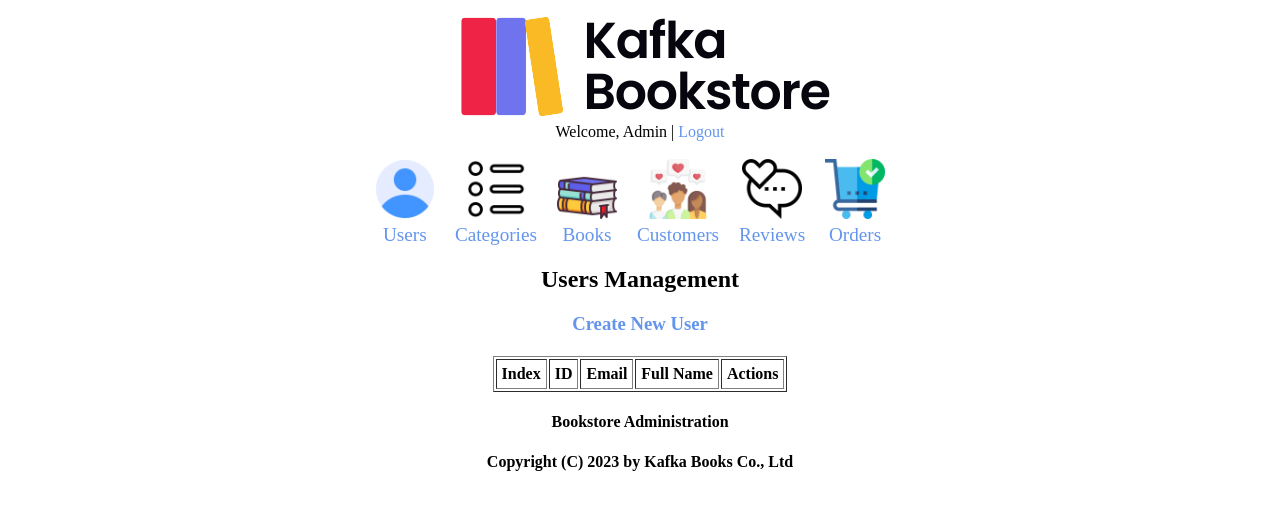
Repository: janvi2502/BookStore
Page: http://localhost/BookStoreWebsite/admin/user_list.jsp
The author's editor kept a copy of each file at every save. The page is drawn from the files as they stood at one save, then again after the next save.
The browser window is 1280 px wide. The pictures show the whole page.
The page is served by Tomcat 10. Nobody is signed in. The application's start-up code is not run. Other server files are loaded and not shown.

Above is the page before, as saved 2023-12-28 10:45:53.

### BookStoreWebsite/WebContent/admin/user_list.jsp
<%@ page language="java" contentType="text/html; charset=UTF-8"
	pageEncoding="UTF-8"%>
<%@ taglib prefix="c" uri="http://java.sun.com/jsp/jstl/core"%>
<!DOCTYPE html>
<html>
<head>
<meta charset="UTF-8">
<title>Manage Users - Kafka Bookstore Administration</title>
<link rel="stylesheet" href="../css/style.css">
</head>
<body>
	<jsp:directive.include file="header.jsp" />
	<div align="center">
		<h2>Users Management</h2>
		<h3>
			<a href="user_form.jsp">Create New User</a>
		</h3>
	</div>

	<div align="center">
		<h4><i>${message}</i></h4>
	</div>

	<div align="center">
		<table border="1" cellpadding="5">
			<tr>
				<th>Index</th>
				<th>ID</th>
				<th>Email</th>
				<th>Full Name</th>
				<th>Actions</th>
			</tr>
			<c:forEach var="user" items="${listUsers}" varStatus="status">
				<tr>
					<td>${status.index + 1}</td>
					<td>${user.userId}</td>
					<td>${user.email}</td>
					<td>${user.fullName}</td>
					<td>
						<a href="edit_user?id=${user.userId}">Edit</a>
						&nbsp;
						<a href="javascript:confirmDelete(${user.userId })">Delete</a>
					</td>
				</tr>
			</c:forEach>
		</table>
	</div>

	<jsp:directive.include file="footer.jsp" />
	<script>

		function confirmDelete(userId){
			if (confirm("Are you sure you want to delete user with ID "+ userId + "?")){
				window.location = "delete_user?id=" + userId;
			}
		}
	</script>
</body>
</html>

### BookStoreWebsite/WebContent/admin/header.jsp
<div align="center">
	<div>
		<img src="../images/Kafka2.png" />
	</div>

	<div>
		Welcome, Admin | <a href="logout">Logout</a> <br /> <br />
	</div>
	<div id="header_menu">
		<div>
			<a href="list_users">
				<img id = "menu_img" src="../images/user.png" /><br/> Users
			</a>
		</div>
		<div>
			<a href="list_category">
				<img id = "menu_img" src="../images/list.png" /> <br/> Categories
			</a>
		</div>
		<div>
			<a href="books">
				<img id = "menu_img" src="../images/book.png"/> <br/>Books
			</a>
		</div>
		<div>
			<a href="customer">
				<img id = "menu_img" src="../images/rating.png" /> <br/> Customers
			</a>
		</div>
		<div>
			<a href="reviews">
				<img id = "menu_img" src="../images/review.png" /> <br/>Reviews
			</a>
		</div>
		<div>
			<a href="orders">
				<img id = "menu_img" src="../images/order.png" /> <br/>Orders
			</a>
		</div>

	</div>
</div>

### BookStoreWebsite/WebContent/admin/footer.jsp
<div align="center">
	<h4>Bookstore Administration</h4>
	<h4>Copyright (C) 2023 by Kafka Books Co., Ltd</h4>
</div>

### BookStoreWebsite/WebContent/css/style.css
@charset "UTF-8";

#header_menu {
	display:table;
}

#header_menu div{
	display:table-cell;
	padding-right: 20px;
}

#menu_img{
	width: 60px;
}

a:link{
	color: cornflowerBlue;
	text-decoration: none;
}

a:visited{
	color: indigo;
}

a:hover{
	color: blue;
	text-decoration: underline;
}

a:active{
	color: red;
}

#header_menu a:link{
	font-size: larger;
}

After the next save:
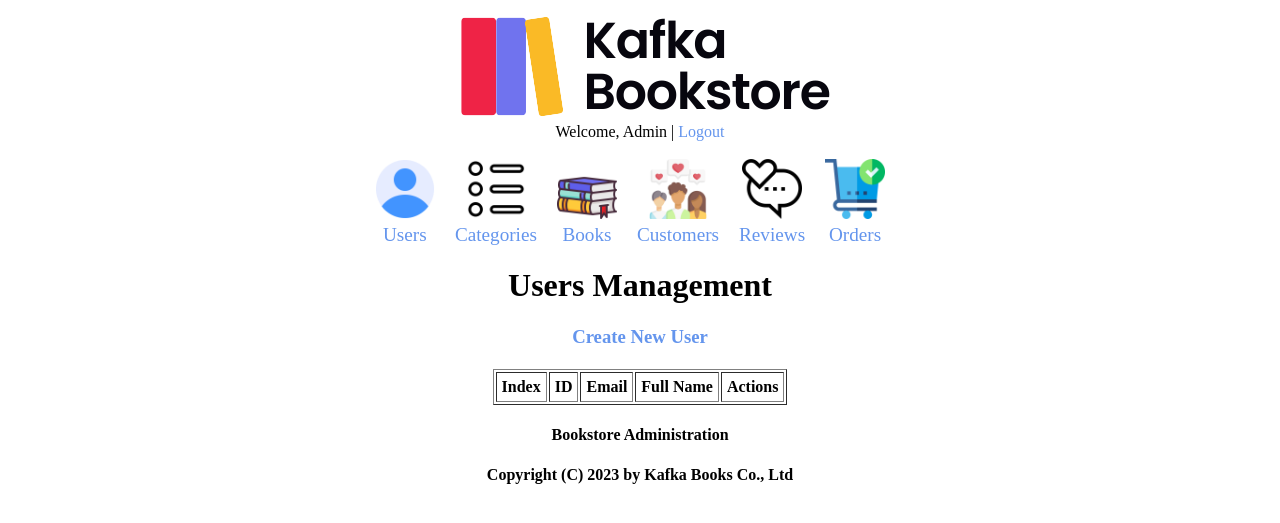
Saved 79 s later.
--- a/BookStoreWebsite/WebContent/admin/user_list.jsp
+++ b/BookStoreWebsite/WebContent/admin/user_list.jsp
@@ -11,7 +11,7 @@
 <body>
 	<jsp:directive.include file="header.jsp" />
 	<div align="center">
-		<h2>Users Management</h2>
+		<h1 class="pageheading">Users Management</h1>
 		<h3>
 			<a href="user_form.jsp">Create New User</a>
 		</h3>
